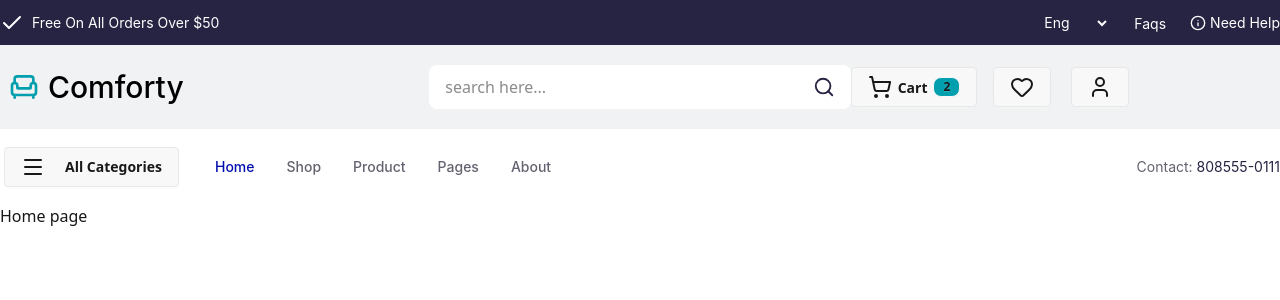
Repository: Neda0o0/store-template-website
Page: /
An editor plug-in stored every save of this project. The page is shown before and after the next save, followed by the edit.
The browser window is 1280 px wide. The pictures show the whole page.
The project was rebuilt for these pictures with package versions that can differ from the ones it lists, and the page was loaded fresh each time. Also part of the build but not shown: vite.config.js, src/Pages/Auth/Auth.jsx, src/Pages/Auth/Login/Login.jsx, src/Pages/Auth/Register/Register.jsx, src/Pages/Error/Error.jsx, src/AuthCheck/AuthCheck.jsx.

Above is the page before, as saved 2025-10-21 13:13:12.

After the next save:
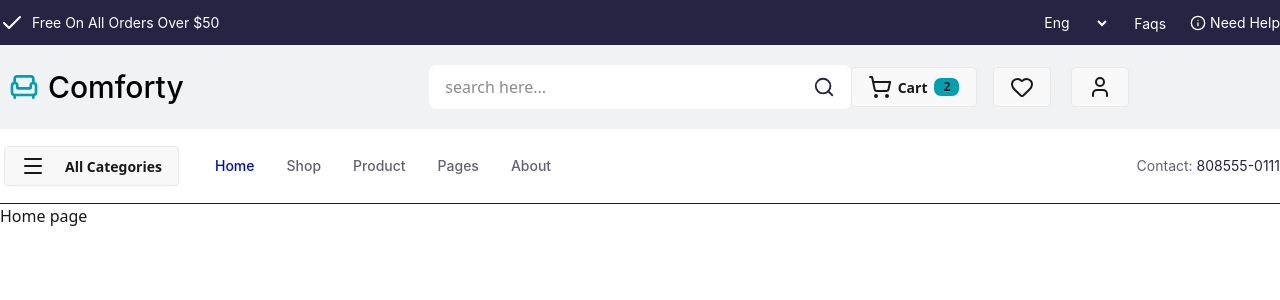
Saved 3 min 18 s later.
--- a/src/components/Navbar/Navbar.jsx
+++ b/src/components/Navbar/Navbar.jsx
@@ -96,7 +96,7 @@ const Navbar = () => {
       </div>
 
       {/* navbar bottom */}
-      <div className="navbar_bottom flex items-center justify-center w-full h-[75px] bg-white">
+      <div className="navbar_bottom flex items-center justify-center w-full h-[75px] bg-white border-b-[1px] border-[#ele3e5]">
         <div className="lg:container flex items-center justify-between">
           <div className="navbar_bottom_left flex items-center gap-8">
             <div className="dropdown dropdown-start">
